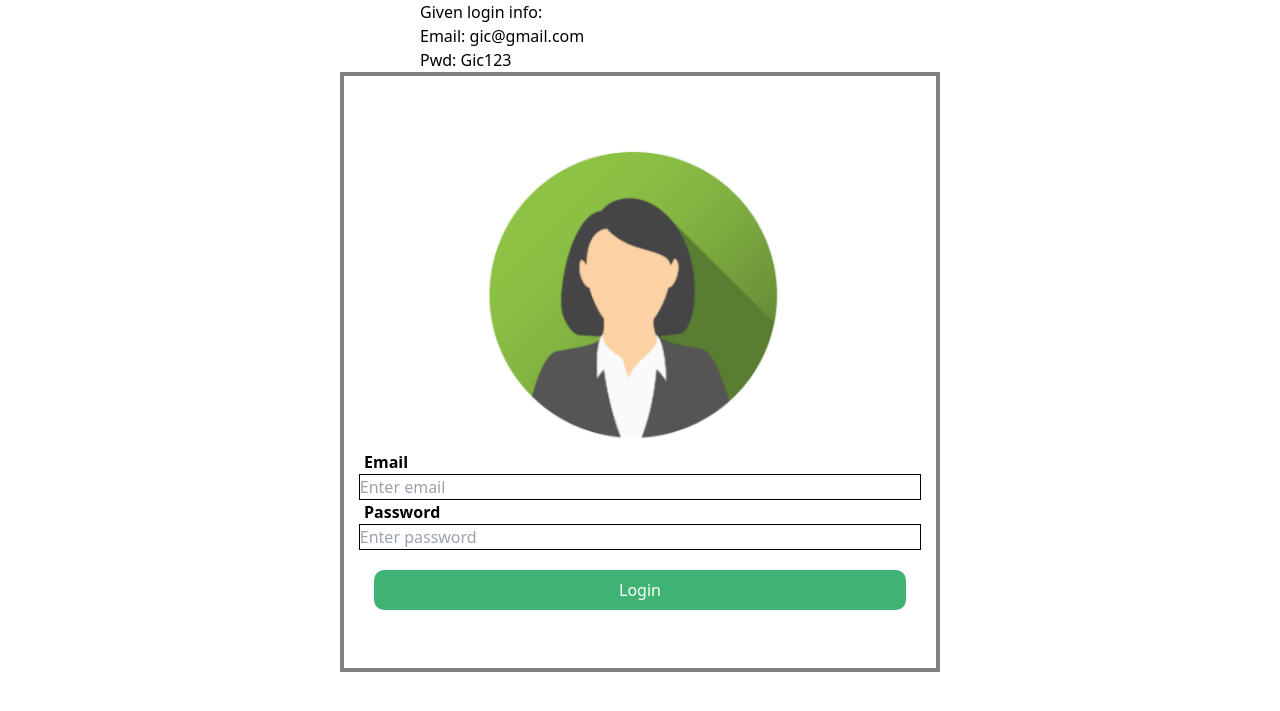
Repository: Sarah7223/internet-programming-tp
Page: TP3/TP03.5.html
These files come from the project's save history. The page is drawn as it stood at one moment and after the next save; the edit follows.
The browser window is 1280 px wide. The pictures show the whole page.
Some web libraries are served in a nearby version.

Above is the page before, as saved 2023-01-15 13:33:28.

After the next save:
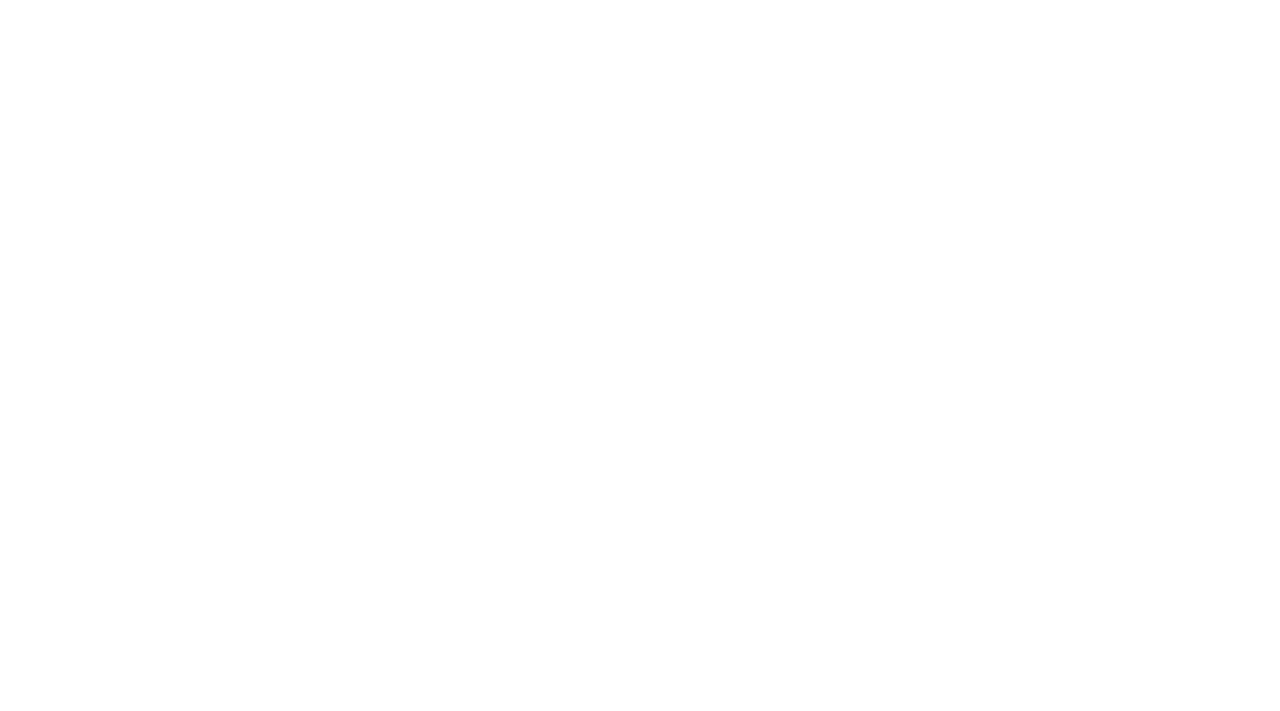
Console error: SyntaxError: Unexpected end of input
Saved 93 s later.
--- a/TP3/TP03.5.html
+++ b/TP3/TP03.5.html
@@ -130,9 +130,10 @@
             renderPage();
         }
         function logout(){
-
-            document.cookie = " gic@gmail.com=Gic123; expires=Thu, 01 Jan 1970 00:00:00 UTC; path=/;";
-        }
+            var date = new Date();
+            date.setTime(date.getTime() - (30 * 1000));
+            let expires = "expires="+ date.toUTCString();
+            document.cookie = " gic@gmail.com=Gic123;" + expires + ";path=/";
 
         function renderPage(){
             var cookieIsGood=false;

After the save that followed:
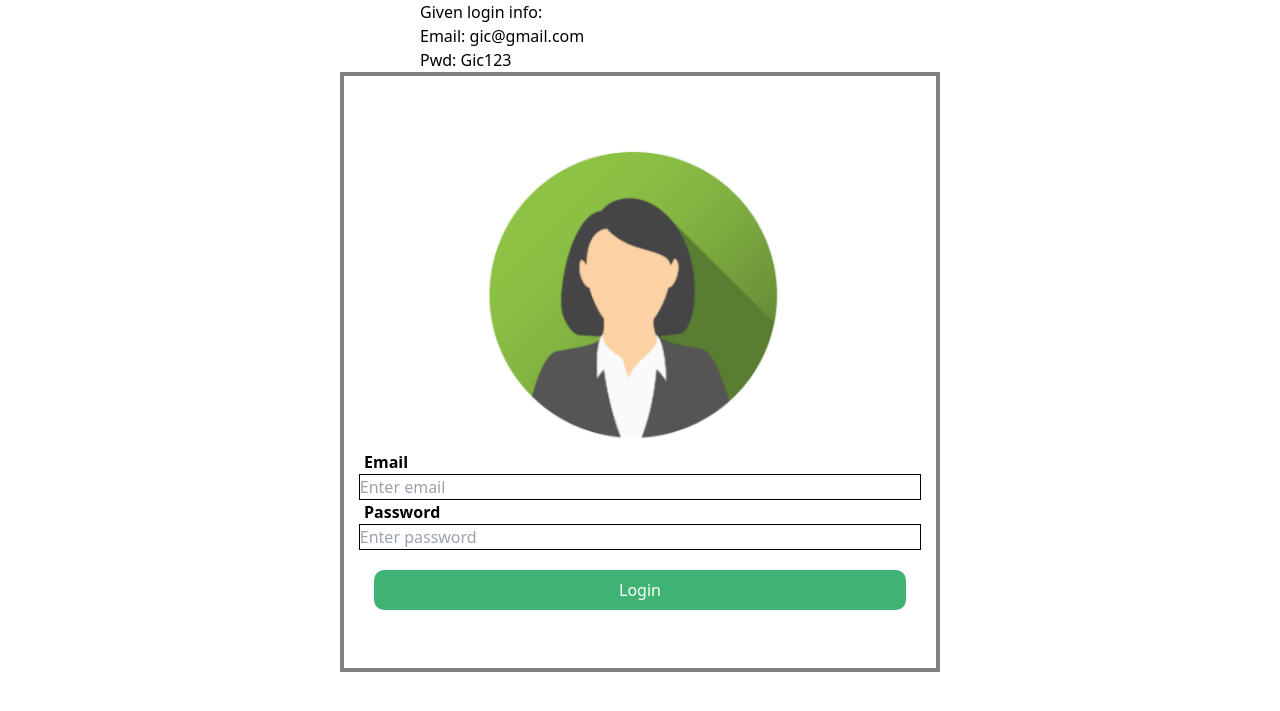
The error is gone.
Saved 9 s later.
--- a/TP3/TP03.5.html
+++ b/TP3/TP03.5.html
@@ -134,7 +134,7 @@
             date.setTime(date.getTime() - (30 * 1000));
             let expires = "expires="+ date.toUTCString();
             document.cookie = " gic@gmail.com=Gic123;" + expires + ";path=/";
-
+        }
         function renderPage(){
             var cookieIsGood=false;
             var listContent="";
